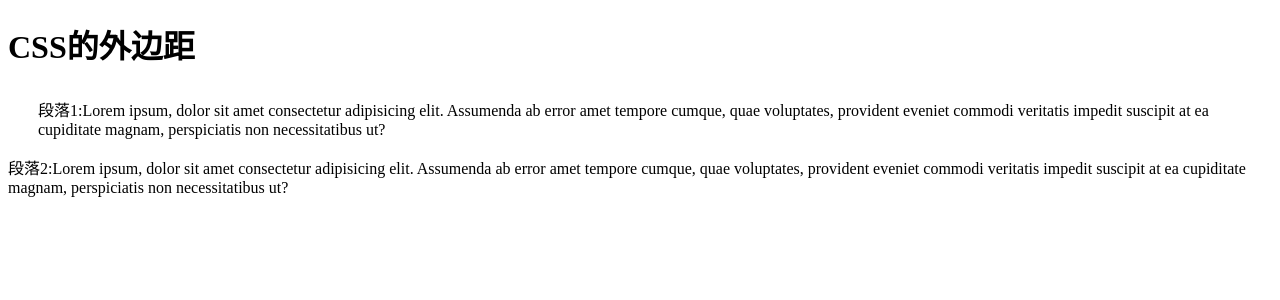
Repository: nanfengovo/CSS
Page: margin.html
These files come from the project's save history. The page is drawn as it stood at one moment and after the next save; the edit follows.
The browser window is 1280 px wide. The pictures show the whole page.

Above is the page before, as saved 2025-01-01 10:11:01.

After the next save:
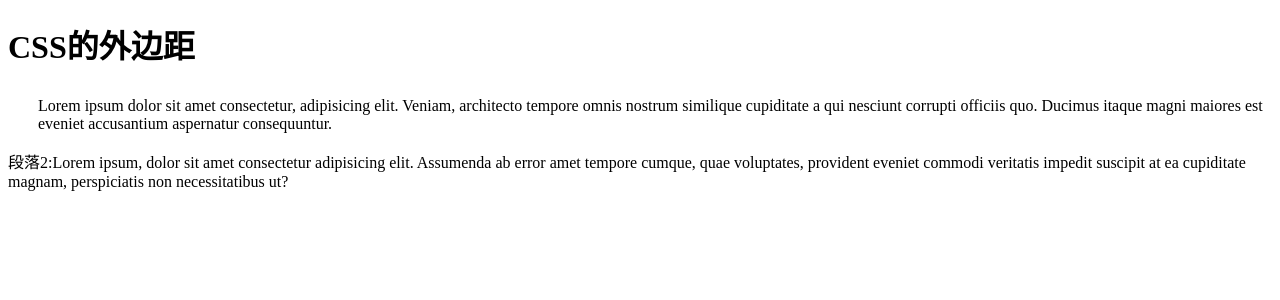
Saved 32 s later.
--- a/margin.html
+++ b/margin.html
@@ -14,7 +14,7 @@
 <body>
     <h1>CSS的外边距</h1>
     <div id="div_1">
-        <p id="p1">段落1:Lorem ipsum, dolor sit amet consectetur adipisicing elit. Assumenda ab error amet tempore cumque, quae voluptates, provident eveniet commodi veritatis impedit suscipit at ea cupiditate magnam, perspiciatis non necessitatibus ut?</p>
+        Lorem ipsum dolor sit amet consectetur, adipisicing elit. Veniam, architecto tempore omnis nostrum similique cupiditate a qui nesciunt corrupti officiis quo. Ducimus itaque magni maiores est eveniet accusantium aspernatur consequuntur.
     </div>
     <p id="p2">段落2:Lorem ipsum, dolor sit amet consectetur adipisicing elit. Assumenda ab error amet tempore cumque, quae voluptates, provident eveniet commodi veritatis impedit suscipit at ea cupiditate magnam, perspiciatis non necessitatibus ut?</p>
 </body>
